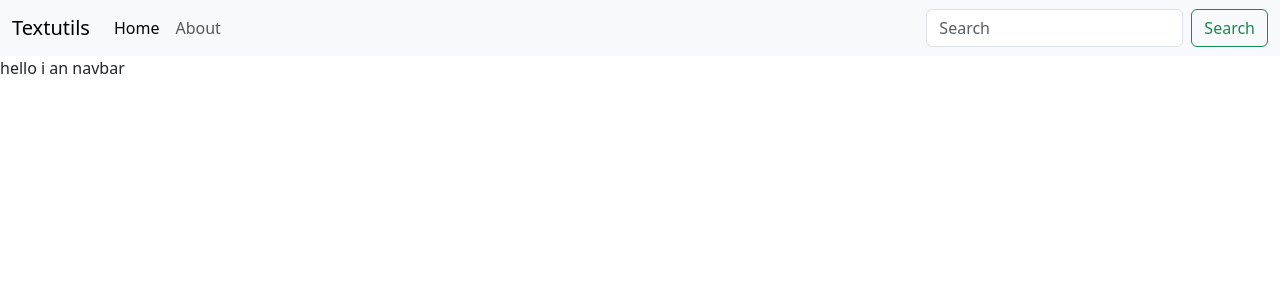
Repository: Rohit-foryou/Text-Utils
Page: /
The author's editor kept a copy of each file at every save. The page is drawn from the files as they stood at one save, then again after the next save.
The browser window is 1280 px wide. The pictures show the whole page.
The project was rebuilt for these pictures with package versions that can differ from the ones it lists, and the page was loaded fresh each time. Also part of the build but not shown: src/index.css, src/App.css.

Above is the page before, as saved 2023-12-20 20:09:39.

### public/index.html
<!DOCTYPE html>
<html lang="en">
  <head>
    <meta charset="utf-8" />
    <link rel="icon" href="%PUBLIC_URL%/favicon.ico" />
    <meta name="viewport" content="width=device-width, initial-scale=1" />
    <meta name="theme-color" content="#000000" />
    <meta
      name="description"
      content="Web site created using create-react-app"
    />
    <link rel="apple-touch-icon" href="%PUBLIC_URL%/logo192.png" />
    <link rel="manifest" href="%PUBLIC_URL%/manifest.json" />

    <!-- Bootstrap CSS -->
    <link href="https://cdn.jsdelivr.net/npm/bootstrap@5.3.2/dist/css/bootstrap.min.css" rel="stylesheet" integrity="sha384-T3c6CoIi6uLrA9TneNEoa7RxnatzjcDSCmG1MXxSR1GAsXEV/Dwwykc2MPK8M2HN" crossorigin="anonymous">

    <title>React App</title>
  </head>
  <body>
    <noscript>You need to enable JavaScript to run this app.</noscript>
    <div id="root"></div>

    <script src="https://cdn.jsdelivr.net/npm/bootstrap@5.3.2/dist/js/bootstrap.bundle.min.js" integrity="sha384-C6RzsynM9kWDrMNeT87bh95OGNyZPhcTNXj1NW7RuBCsyN/o0jlpcV8Qyq46cDfL" crossorigin="anonymous"></script>
  </body>
</html>

### src/App.js
import "./App.css";
import Navbar from "./components/Navbar";


function App() {
  return (
    <>
      <nav className="navbar navbar-expand-lg bg-body-tertiary">
        <div className="container-fluid">
          <a className="navbar-brand" href="/">Textutils</a>
          <button className="navbar-toggler" type="button" data-bs-toggle="collapse" data-bs-target="#navbarSupportedContent" aria-controls="navbarSupportedContent" aria-expanded="false" aria-label="Toggle navigation">
            <span className="navbar-toggler-icon"></span>
          </button>
          <div className="collapse navbar-collapse" id="navbarSupportedContent">
            <ul className="navbar-nav me-auto mb-2 mb-lg-0">
              <li className="nav-item">
                <a className="nav-link active" aria-current="page" href="/">Home</a>
              </li>
              <li className="nav-item">
                <a className="nav-link" href="/">About</a>
              </li>
            </ul>
            <form className="d-flex" role="search">
              <input className="form-control me-2" type="search" placeholder="Search" aria-label="Search"/>
              <button className="btn btn-outline-success" type="submit">Search</button>
            </form>
          </div>
        </div>
      </nav>
      <Navbar/>
    </>
  );
}

export default App;

### src/components/Navbar.js
import React from 'react'

export default function Navbar() {
  return (
    <div>
      hello i an navbar
    </div>
  )
}

Loaded but not shown: src/index.js (common file); src/reportWebVitals.js (common file)

After the next save:
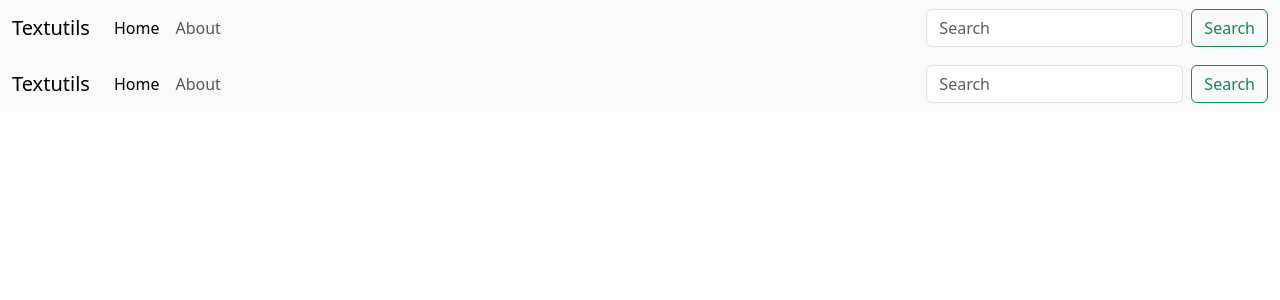
Saved 74 s later.
--- a/src/components/Navbar.js
+++ b/src/components/Navbar.js
@@ -2,8 +2,27 @@
 
 export default function Navbar() {
   return (
-    <div>
-      hello i an navbar
-    </div>
+    <nav className="navbar navbar-expand-lg bg-body-tertiary">
+        <div className="container-fluid">
+          <a className="navbar-brand" href="/">Textutils</a>
+          <button className="navbar-toggler" type="button" data-bs-toggle="collapse" data-bs-target="#navbarSupportedContent" aria-controls="navbarSupportedContent" aria-expanded="false" aria-label="Toggle navigation">
+            <span className="navbar-toggler-icon"></span>
+          </button>
+          <div className="collapse navbar-collapse" id="navbarSupportedContent">
+            <ul className="navbar-nav me-auto mb-2 mb-lg-0">
+              <li className="nav-item">
+                <a className="nav-link active" aria-current="page" href="/">Home</a>
+              </li>
+              <li className="nav-item">
+                <a className="nav-link" href="/">About</a>
+              </li>
+            </ul>
+            <form className="d-flex" role="search">
+              <input className="form-control me-2" type="search" placeholder="Search" aria-label="Search"/>
+              <button className="btn btn-outline-success" type="submit">Search</button>
+            </form>
+          </div>
+        </div>
+      </nav>
   )
 }
